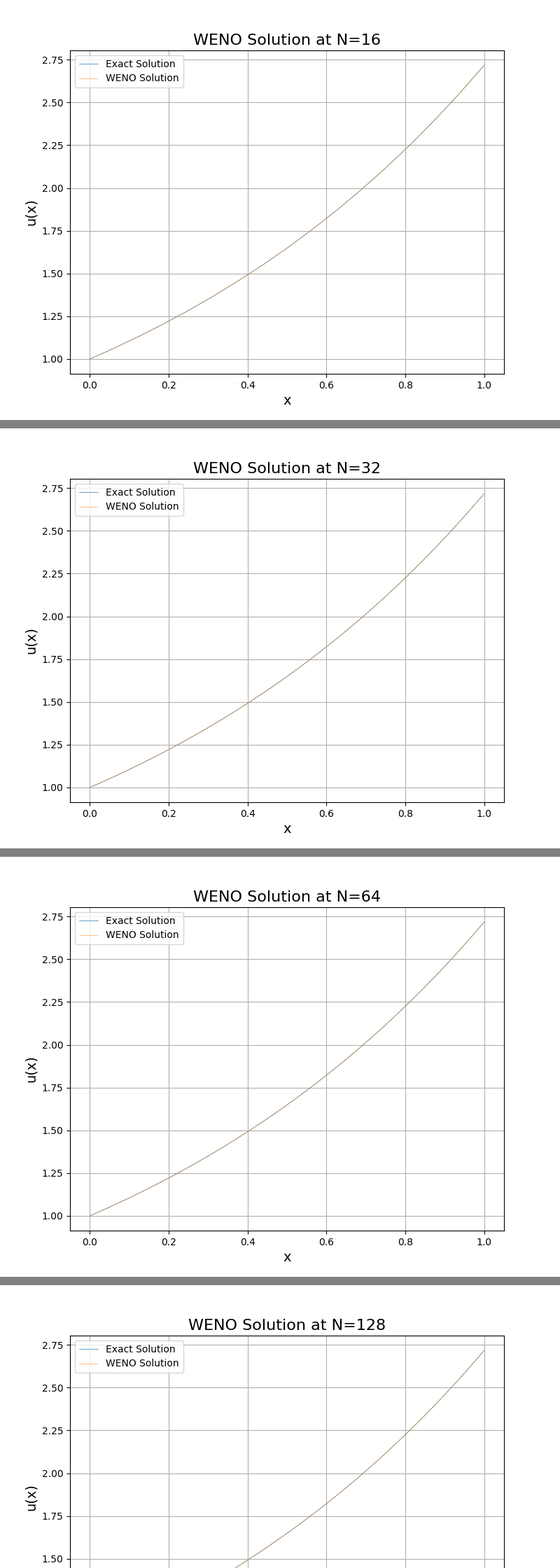
Repository: mishiroo/WENO
Script's output: python main.py
These files come from the project's save history. The script's output is drawn as it stood at one moment and after the next save; the edit follows.
The pictures show rows 0 to 2240 of an output 3048 px tall, at 70% of full size.
Each picture stacks the figures in order, with grey between them; figures that are only written to a file come last. Random numbers start from a fixed seed.

Above is the script's output before, as saved 2024-12-12 20:01:01.

After the next save:
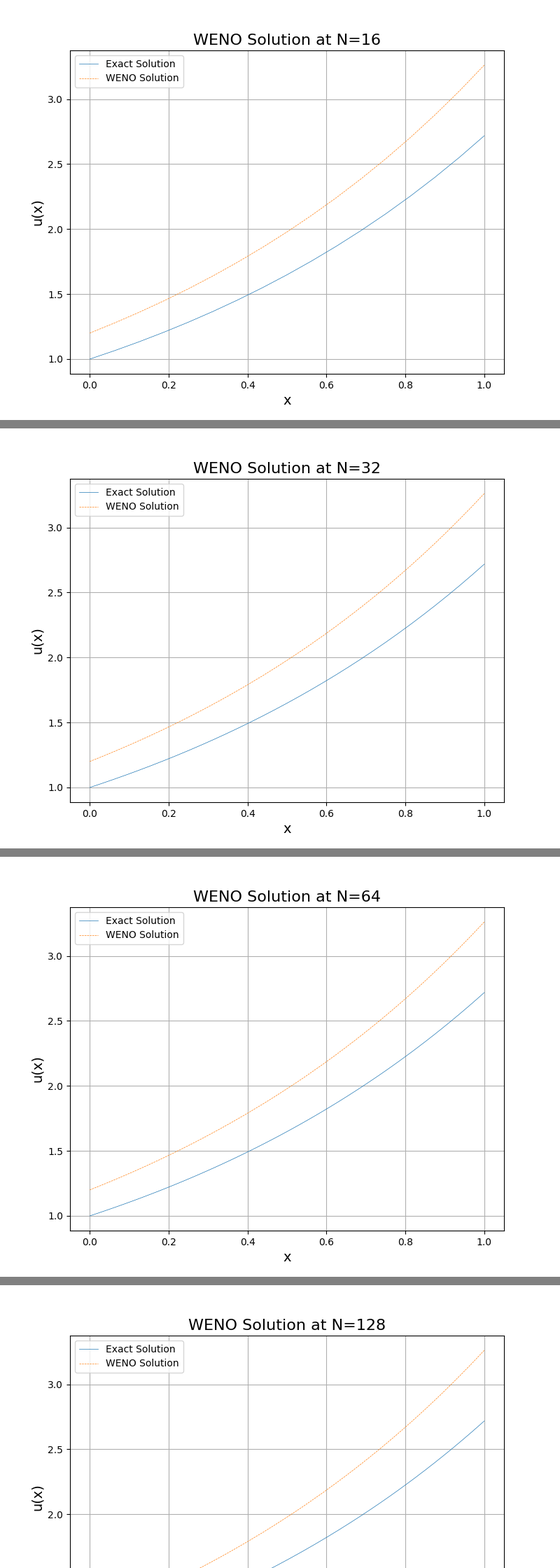
Saved 29 s later.
--- a/WENO.py
+++ b/WENO.py
@@ -36,7 +36,7 @@
         elif self.order == 3:
             self.weights_d = [2 / 3, 1 / 3]
         elif self.order == 5:
-            self.weights_d = [1 / 10, 3 / 5, 3 / 10]
+            self.weights_d = [3 / 10, 3 / 5, 3 / 10]
             # 查表得到模板组合系数
             self.C = np.array(
                 [

After the save that followed:
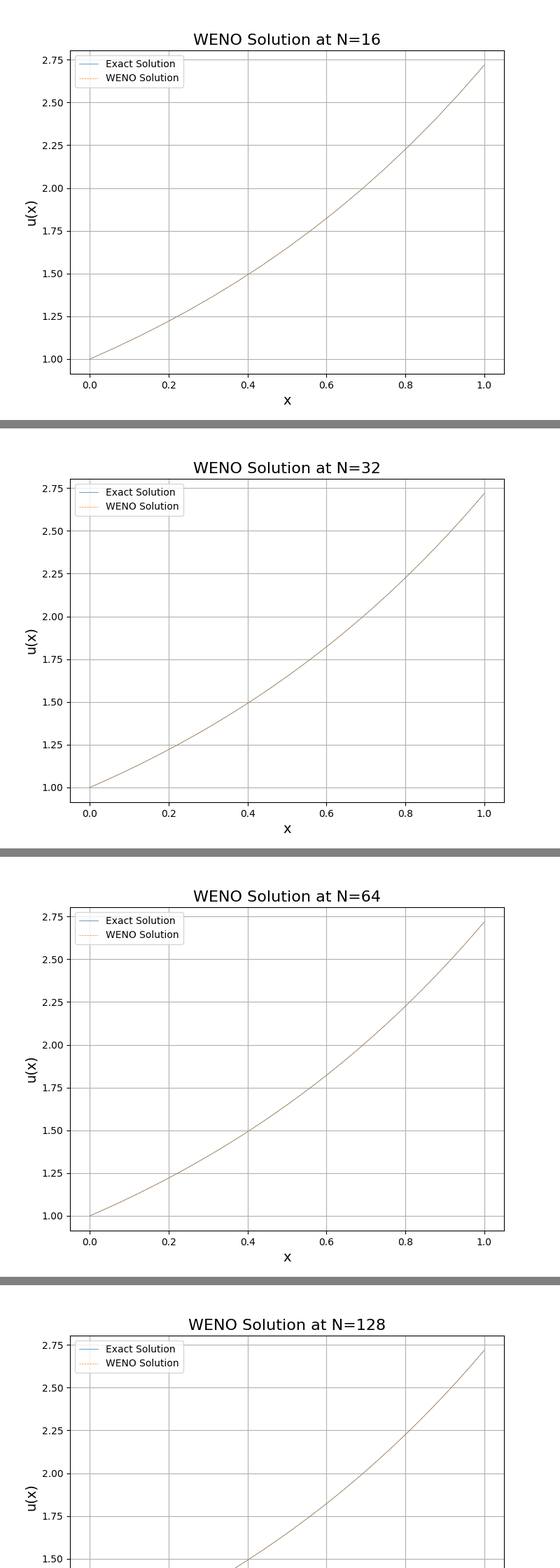
Saved 17 s later.
--- a/WENO.py
+++ b/WENO.py
@@ -36,7 +36,7 @@
         elif self.order == 3:
             self.weights_d = [2 / 3, 1 / 3]
         elif self.order == 5:
-            self.weights_d = [3 / 10, 3 / 5, 3 / 10]
+            self.weights_d = [3 / 10, 3 / 5, 1 / 10]
             # 查表得到模板组合系数
             self.C = np.array(
                 [
